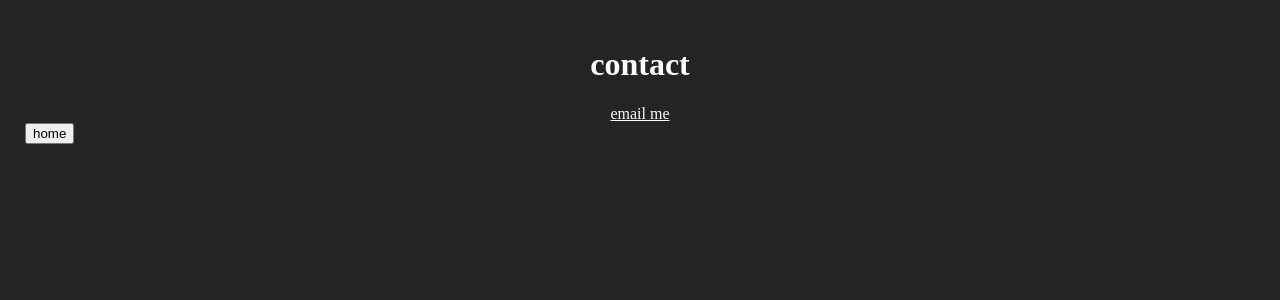
Repository: yellowspots/geneweb
Page: contactme.html
An editor plug-in stored every save of this project. The page is shown before and after the next save, followed by the edit.
The browser window is 1280 px wide. The pictures show the whole page.

Above is the page before, as saved 2024-05-02 23:51:08.

### contactme.html
<!DOCTYPE html>
<html>
    <link rel="stylesheet" type="text/css" href="styles.css">
<head>
    <title>contact</title>
</head>
<body>
    <h1>contact</h1>
    <a href="yellowstripesbluespots@protonmail.com">email me</a>
</body>
<footer>
    <button class="home-button" onclick="window.location.href='index.html'">
        <span>home</span>
    </button>
</footer>
</html>

### styles.css
body {
    background: rgb(36, 36, 36);
    text-align: center;
    margin: 0;
    padding: 25px;
}

#worldmap {
    margin: 20px;
}

#worldmap svg {
    background: rgba(68, 71, 72, 0.4);
    border-radius: 200px;
    box-shadow: 0 0 10px rgba(0, 0, 0, 0.4);
}

.land {
    fill: rgba(143, 142, 142, 0.94);
}

#globesarecool {
    color: #855982;
}

h1, h2, a, p {
    color: rgb(250, 250, 254);
}

.my-button {
    width: auto;
    cursor: finger;
    max-width: 160px;
    padding: 10px;
    box-sizing: border-box;
    white-space: nowrap;
    overflow: hidden;
    text-overflow: ellipsis;
}

.home-button {
    width: auto;
    cursor: finger;
    display: flex;
    flex-wrap: nowrap;
    overflow-x: auto;
    justify-content: center;
    gap: 20px;
}


@media only screen and (max-width: 600px) {
    .buttons {
        flex-direction: row !important;
        flex-wrap: wrap;
        justify-content: center;
    }
}


@media only screen and (max-width: 600px) {
    h2, #globesarecool {
        font-size: 4vw; /* Reduce font size on smaller screens */
    }
}

After the next save:
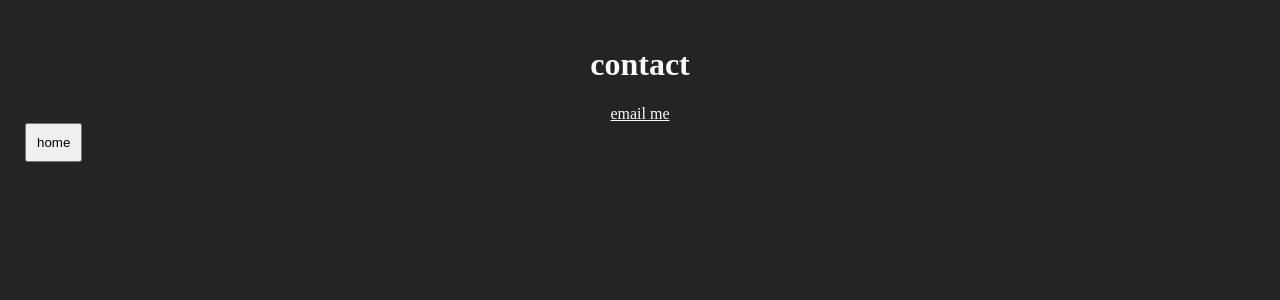
Saved 7 s later.
--- a/styles.css
+++ b/styles.css
@@ -41,6 +41,8 @@ h1, h2, a, p {
 .home-button {
     width: auto;
     cursor: finger;
+    max-width: 160px;
+    padding: 10px;
     display: flex;
     flex-wrap: nowrap;
     overflow-x: auto;
